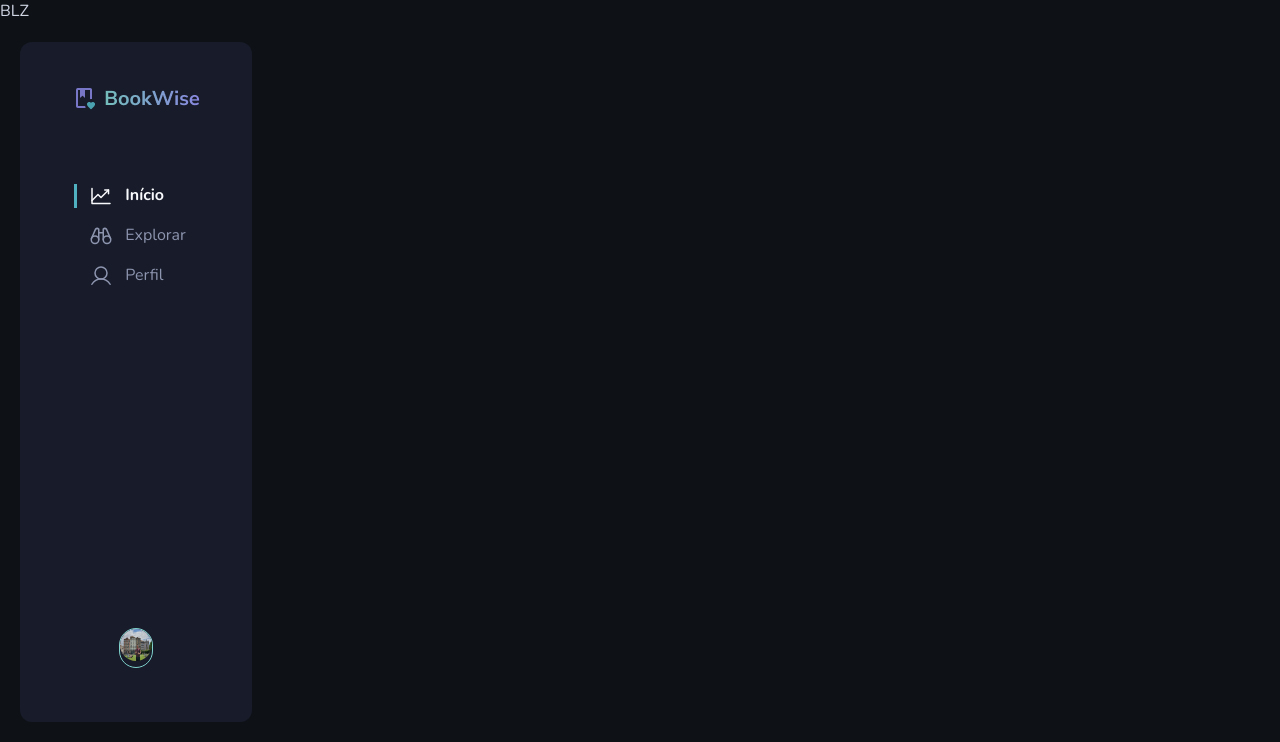
Repository: Giopol12/book-wise
Page: /index.page
These files come from the project's save history. The page is drawn as it stood at one moment and after the next save; the edit follows.
The browser window is 1280 px wide. The pictures show the whole page.
The project was rebuilt for these pictures with package versions that can differ from the ones it lists, and the page was loaded fresh each time. The framework's server and built-in components were replaced by stand-ins that run in the browser. Also part of the build but not shown: next.config.js.

Above is the page before, as saved 2023-10-17 16:40:34.

### src/pages/_app.tsx
import { globalStyles } from '@/styles/global'
import type { AppProps } from 'next/app'

globalStyles()

export default function App({ Component, pageProps }: AppProps) {
  return (
    <>
      <div>BLZ</div>
      <Component {...pageProps} />
    </>
  )
}

### src/pages/_document.tsx
import { getCssText } from '@/styles'
import { Html, Head, Main, NextScript } from 'next/document'

export default function Document() {
  return (
    <Html lang="en">
      <Head>
        <link rel="preconnect" href="https://fonts.googleapis.com" />
        <link
          rel="preconnect"
          href="https://fonts.gstatic.com"
          crossOrigin="anonymous"
        />

        <link
          href="https://fonts.googleapis.com/css2?family=Nunito:wght@400;500;700&display=swap"
          rel="stylesheet"
        />
        <style
          id="stitches"
          dangerouslySetInnerHTML={{ __html: getCssText() }}
        />
      </Head>
      <body>
        <Main />
        <NextScript />
      </body>
    </Html>
  )
}

### src/pages/index.page.tsx
export { default } from './home/index'

### src/styles/global.ts
import { globalCss } from '.'

export const globalStyles = globalCss({
  '*': {
    margin: 0,
    padding: 0,
    boxSizing: 'border-box',
  },

  body: {
    '-webkit-font-smoothing': 'antialiased',
    backgroundColor: '$gray800',
    color: '$gray300',
  },

  'body, input, textarea, button': {
    fontFamily: 'Nunito',
    fontWeight: 400,
  },
})

### src/styles/index.ts
// stitches.config.ts

import { createStitches } from '@stitches/react'

export const {
  styled,
  getCssText,
  globalCss,
  config,
  createTheme,
  css,
  keyframes,
  prefix,
  reset,
  theme,
} = createStitches({
  theme: {
    fonts: {
      default: 'Nunito, sans-serif',
    },

    space: {
      px: '1px',
      1: '0.25rem',
      2: '0.5rem',
      3: '0.75rem',
      4: '1rem',
      5: '1.25rem',
      6: '1.5rem',
      7: '1.75rem',
      8: '2rem',
      10: '2.5rem',
    },

    fontSizes: {
      xs: '0.75rem',
      sm: '0.875rem',
      md: '1rem',
      lg: '1.125rem',
      xl: '1.25rem',
      '2xl': '1.5rem',
    },

    fontWeights: {
      regular: '400',
      medium: '500',
      bold: '700',
    },

    lineHeights: {
      shorter: '125%',
      short: '140%',
      base: '160%',
      tall: '180%',
    },

    colors: {
      white: '#FFFFFF',
      black: '#000000',
      green100: '#50B2C0',
      green200: '#255D6A',
      green300: '#0A313C',
      purple100: '#8381D9',
      purple200: '#2A2879',
      gray100: '#F8F9FC',
      gray200: '#E6E8F2',
      gray300: '#D1D6E4',
      gray400: '#8D95AF',
      gray500: '#303F73',
      gray600: '#252D4A',
      gray700: '#181C2A',
      gray800: '#0E1116',
      'gradient-vertical': `linear-gradient(180deg, #7FD1CC 0%, #9694F5 100%)`,
      'gradient-horizontal': `linear-gradient(90deg, #7FD1CC 0%, #9694F5 100%)`,
    },

    radii: {
      xs: '2.5px',
      sm: '5px',
      md: '10px',
      lg: '20px',
      full: '99999px',
    },
  },
})

### src/pages/home/index.tsx
import { Sidebar } from './components/Sidebar'
import { Container } from './styles'

export default function Home() {
  return (
    <Container>
      <Sidebar />
    </Container>
  )
}

### src/pages/home/components/Sidebar/index.tsx
import Image from 'next/image'
import {
  LoginButton,
  LogoContainer,
  NavContainer,
  NavItemContainer,
  SidebarContainer,
  TopContainer,
} from './styles'

import logo from '../../../../assets/Logo.png'
import avatar from '../../../../assets/avatar.jpeg'
import { Binoculars, ChartLineUp, SignIn, User } from 'phosphor-react'
import { Avatar } from '@/components/Avatar'

export function Sidebar() {
  return (
    <SidebarContainer>
      <TopContainer>
        <LogoContainer>
          <Image src={logo} alt="" width={128} height={32} />
        </LogoContainer>
        <NavContainer>
          <NavItemContainer selected={true}>
            <ChartLineUp size={24} />
            <span>Início</span>
          </NavItemContainer>
          <NavItemContainer>
            <Binoculars size={24} />
            <span>Explorar</span>
          </NavItemContainer>
          <NavItemContainer>
            <User size={24} />
            <span>Perfil</span>
          </NavItemContainer>
        </NavContainer>
      </TopContainer>
      <LoginButton>
        {/* <strong>Fazer login</strong> <SignIn size={20} /> */}
        <Avatar avatarUrl={avatar} />
      </LoginButton>
    </SidebarContainer>
  )
}

### src/pages/home/styles.ts
import { styled } from '@/styles'

export const Container = styled('div', {
  maxWidth: '1440px',
  margin: '0 auto',
  display: 'flex',
})

### src/pages/home/components/Sidebar/styles.ts
import { styled } from '@/styles'

export const SidebarContainer = styled('div', {
  height: 'calc(100vh - 40px)',
  margin: '$5',
  width: '14.5rem',
  background: '$gray700',
  borderRadius: '12px',
  display: 'flex',
  flexDirection: 'column',
  alignItems: 'center',
  justifyContent: 'space-between',
})
export const TopContainer = styled('div', {
  display: 'flex',
  flexDirection: 'column',
  alignItems: 'center',
})
export const LogoContainer = styled('header', {
  padding: '$10 3.25rem',
})
export const NavContainer = styled('nav', {
  marginTop: '$6',
  display: 'flex',
  flexDirection: 'column',
  gap: '$4',
})
export const NavItemContainer = styled('div', {
  variants: {
    selected: {
      true: {
        color: '$gray100',
        fontWeight: '$bold',
        borderLeftColor: '$green100',
      },
    },
  },
  defaultVariants: {
    selected: false,
  },
  color: '$gray400',
  lineHeight: 'base',
  display: 'flex',
  gap: '$3',
  padding: '0 $3',
  borderLeftWidth: '3px',
  borderLeftColor: 'transparent',
  borderLeftStyle: 'solid',
  '&:hover': {
    cursor: 'pointer',
    color: '$gray100',
    transition: 'color 0.1s',
  },
})
export const LoginButton = styled('footer', {
  display: 'flex',
  alignItems: 'center',
  marginBottom: '3.375rem',
  gap: '$3',
  color: '$gray200',
  svg: {
    color: '$green100',
  },

  '&:hover': {
    cursor: 'pointer',
    filter: 'brightness(1.1)',
  },
})

### src/components/Avatar/index.tsx
import Image from 'next/image'
import { AvatarContainer } from './styles'

interface AvatarProps {
  avatarUrl: string
}

export function Avatar({ avatarUrl }: AvatarProps) {
  return (
    <AvatarContainer>
      <Image src={avatarUrl} width={40} height={40} alt="" quality={100} />
    </AvatarContainer>
  )
}

### src/components/Avatar/styles.ts
import { styled } from '@/styles'

export const AvatarContainer = styled('div', {
  variants: {
    size: {
      sm: {
        img: {
          width: 32,
          height: 32,
          borderRadius: '$full',
        },
      },
      md: {
        img: {
          width: 40,
          height: 40,
          borderRadius: '$full',
        },
      },
      lg: {
        img: {
          width: 72,
          height: 72,
          borderRadius: '$full',
        },
      },
    },
  },
  defaultVariants: {
    size: 'sm',
  },
  borderRadius: '$full',
  border: '1px solid #7FD1CC',
  overflow: 'hiden',
})

After the next save:
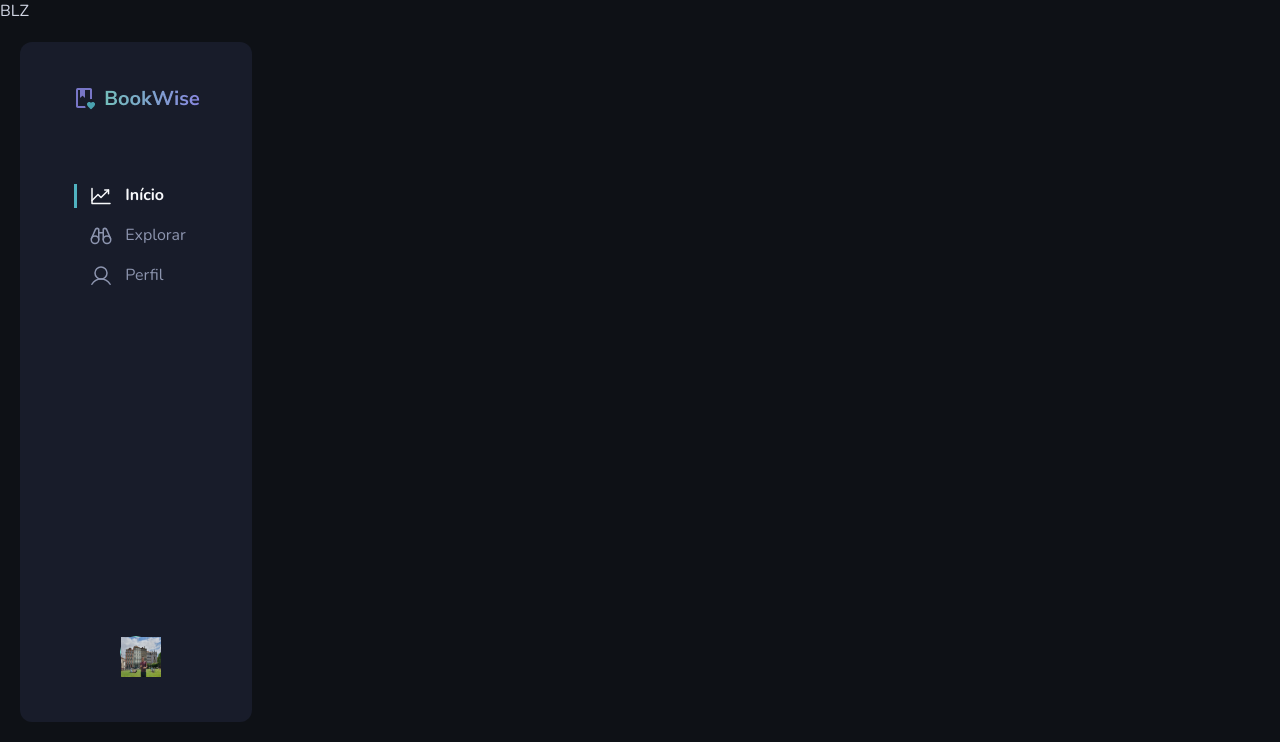
Saved 12 s later.
--- a/src/components/Avatar/styles.ts
+++ b/src/components/Avatar/styles.ts
@@ -4,26 +4,12 @@ export const AvatarContainer = styled('div', {
   variants: {
     size: {
       sm: {
-        img: {
-          width: 32,
-          height: 32,
-          borderRadius: '$full',
-        },
+        width: 32,
+        height: 32,
+        borderRadius: '$full',
       },
-      md: {
-        img: {
-          width: 40,
-          height: 40,
-          borderRadius: '$full',
-        },
-      },
-      lg: {
-        img: {
-          width: 72,
-          height: 72,
-          borderRadius: '$full',
-        },
-      },
+      md: {},
+      lg: {},
     },
   },
   defaultVariants: {
